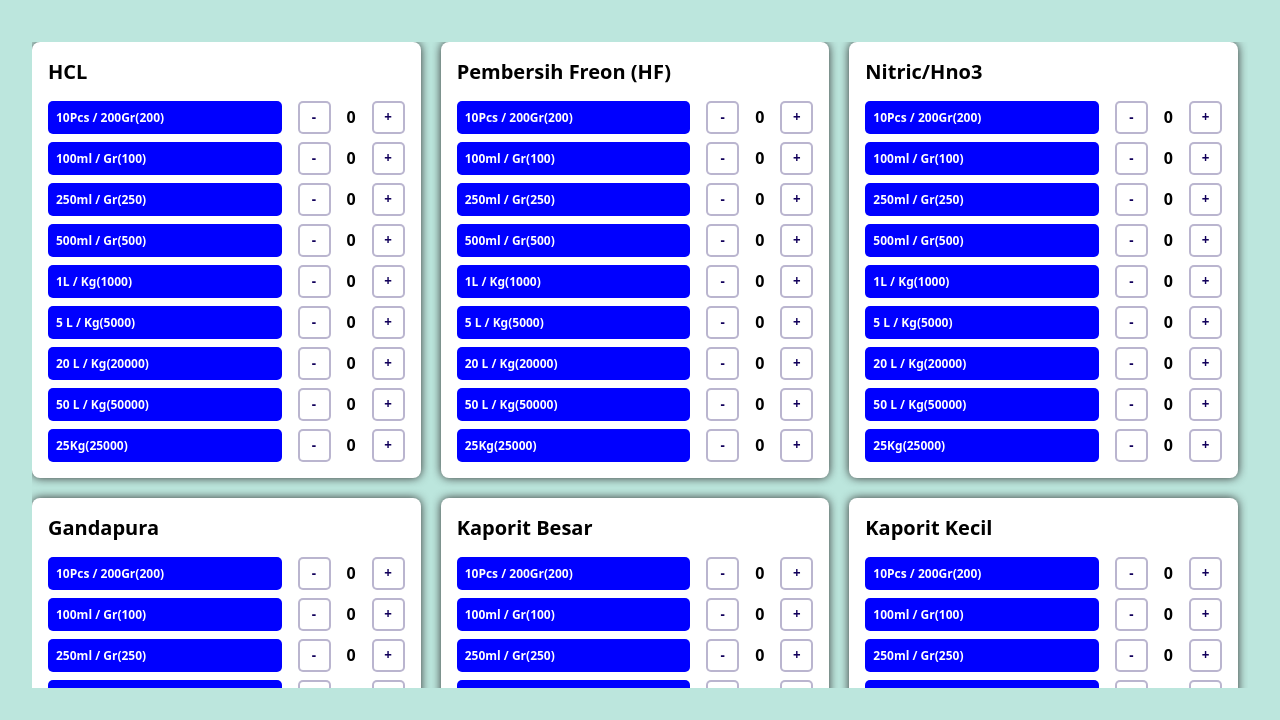
Repository: zuraniumlab-design/upstock-amsk
Page: /
An editor plug-in stored every save of this project. The page is shown before and after the next save, followed by the edit.
The browser window is 1280 px wide. The pictures show the whole page.
An inner scrolling area shows only its first screen. The project was rebuilt for these pictures with package versions that can differ from the ones it lists, and the page was loaded fresh each time. Also part of the build but not shown: vite.config.js.

Above is the page before, as saved 2026-06-18 17:04:47.

### index.html
<!doctype html>
<html lang="en">
  <head>
    <meta charset="UTF-8" />
    <link rel="icon" type="image/svg+xml" href="/favicon.svg" />
    <meta name="viewport" content="width=device-width, initial-scale=1.0" />
    <meta name="author" content="muhammad hakim ilahi">
    <title>UpStock</title>
  </head>
  <body>
    <div id="root"></div>
    <script type="module" src="/src/main.jsx"></script>
  </body>
</html>

### src/main.jsx
import { StrictMode } from 'react'
import { createRoot } from 'react-dom/client'
import './index.css'
import App from './App.jsx'
import { RouterProvider } from 'react-router-dom'
import router from './router.jsx'

createRoot(document.getElementById('root')).render(
  <RouterProvider router={router}></RouterProvider>
)

### src/index.css
* {
  box-sizing: border-box;
  font-family: system-ui, -apple-system, BlinkMacSystemFont, 'Segoe UI', Roboto, Oxygen, Ubuntu, Cantarell, 'Open Sans', 'Helvetica Neue', sans-serif;
}

body {
  margin: 0;
}

div {
  display: flex;
}

### src/router.jsx
import { createBrowserRouter } from "react-router-dom";
import App from "./App";


const router = createBrowserRouter([
  {
    element: <App />,
    path: '/'
  }
])

export default router

### src/App.module.css
.container {
  background-color: #bce6dd;
  height: 100vh;
  width: 100vw;
  padding: 2rem;
}

/*? SIDEBAR START */
.sidebar {

}
/*? SIDEBAR END */

.content {
  height: calc(100vh - 4rem);
  width: 100%;
  overflow: hidden;
  position: relative;
  flex-direction: column;
}

.head {
  height: 10px;
}

.items {
  height: 100%;
  width: calc(100vw - 4rem);
  padding-right: 10px;
  overflow-y: auto;
  overflow-x: hidden;
  gap: 20px;
  flex-wrap: wrap;
}
.item {
  background-color: #fff;
  padding: 1rem;
  border-radius: 8px;
  width: fit-content;
  min-width: 30vw;
  flex-direction: column;
  justify-content: space-between;
  flex: 1;
  gap: 1rem;
  box-shadow: 0 0 10px #333;
}

.product {
  font-size: 20px;
  font-weight: bold;
}

.weights {
  justify-content: space-between;
  gap: 0.5rem;
  flex-direction: column;
  flex: 1;
}

.weight {
  gap: 1rem;
}

.display {
  flex: 1;
  background-color: blue;
  border-radius: 5px;
  color: white;
  font-weight: bold;
  font-size: 12px;
  align-items: center;
  padding: 0.5rem;
}
.display span {

}

.stock {
  align-items: center;
  justify-content: center;
  gap: 1rem;
}
.stock > * {
  font-weight: bold;
}
.stock button {
  background-color: #fff;
  border: 2px solid #12005b4a;
  height: 100%;
  aspect-ratio: 1 / 1;
  border-radius: 5px;
  display: flex;
  align-items: center;
  justify-content: center;
  color: #12005b;
  cursor: pointer;
}

Loaded but not shown: src/App.jsx (1545 lines, source omitted)

After the next save:
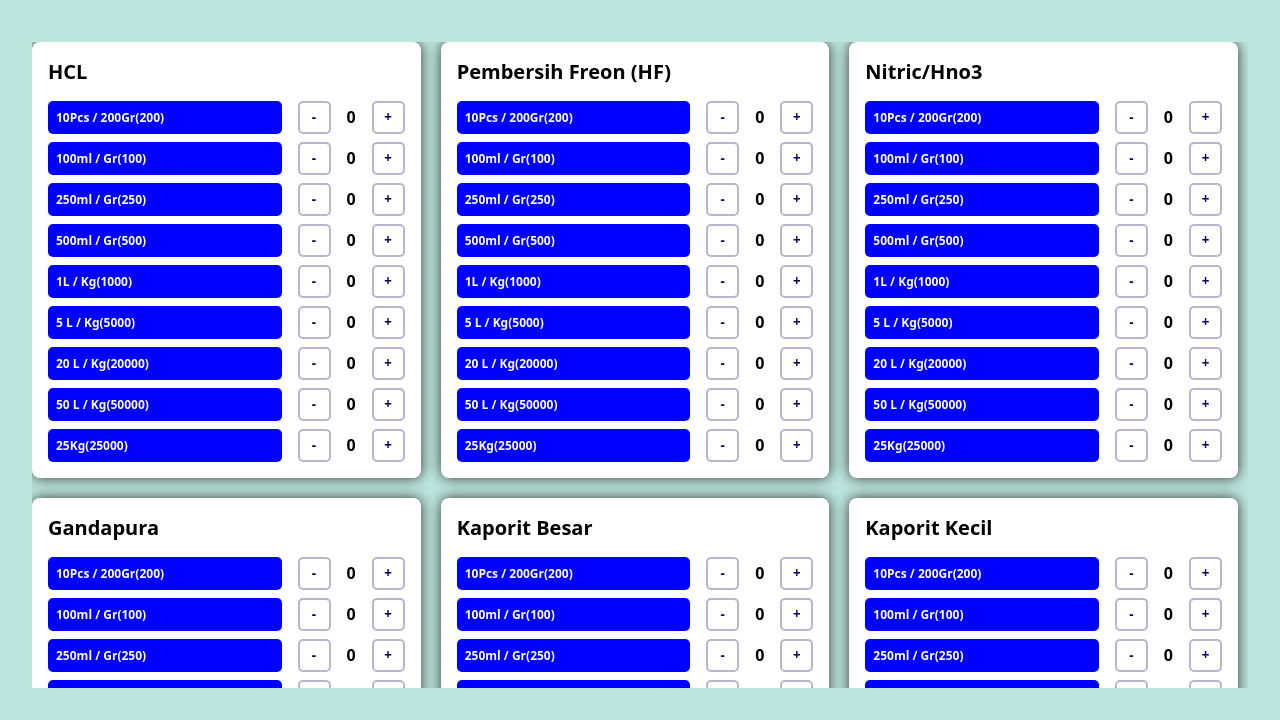
Saved 12 s later.
--- a/src/App.module.css
+++ b/src/App.module.css
@@ -42,7 +42,7 @@
   justify-content: space-between;
   flex: 1;
   gap: 1rem;
-  box-shadow: 0 0 10px #333;
+  box-shadow: 0 0 14px #333;
 }
 
 .product {
